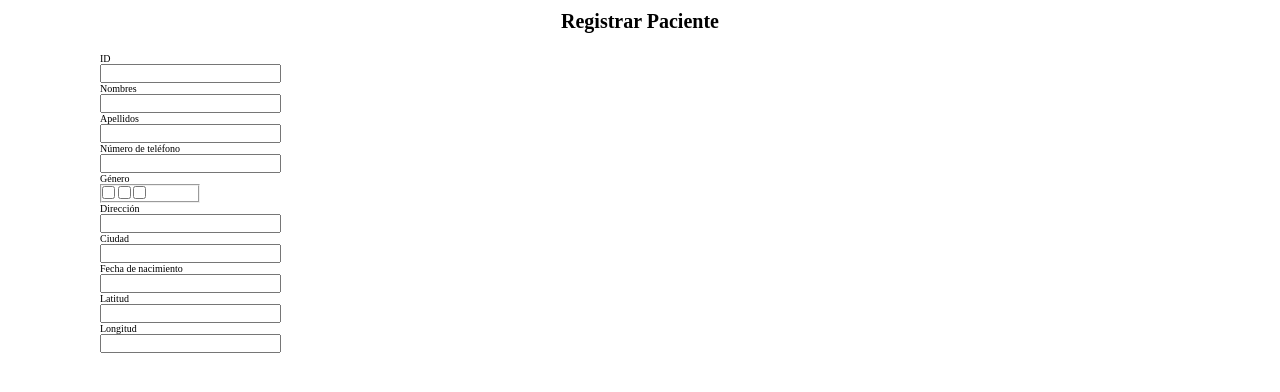
Repository: alexvl06/HospiEnCasa
Page: HospiEnCasa.App/HospiEnCasa.App.Frontend/pacientForm.html
An editor plug-in stored every save of this project. The page is shown before and after the next save, followed by the edit.
The browser window is 1280 px wide. The pictures show the whole page.

Above is the page before, as saved 2022-07-05 16:43:32.

After the next save:
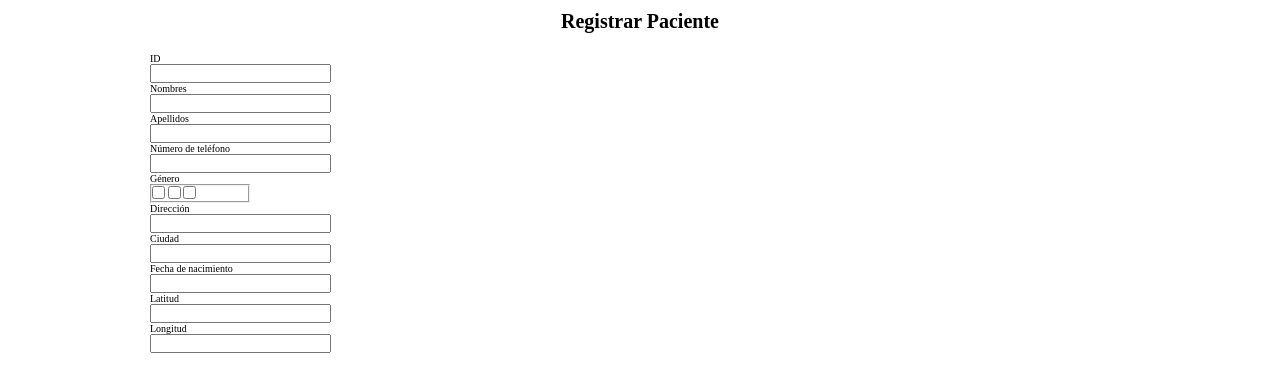
Saved 5 s later.
--- a/HospiEnCasa.App/HospiEnCasa.App.Frontend/style.css
+++ b/HospiEnCasa.App/HospiEnCasa.App.Frontend/style.css
@@ -18,6 +18,6 @@
   display: flex;
   flex-direction: column;
   width: 10rem;
-  margin: 2rem 10rem;
+  margin: 2rem 15rem;
 
 }

After the 2 saves that followed:
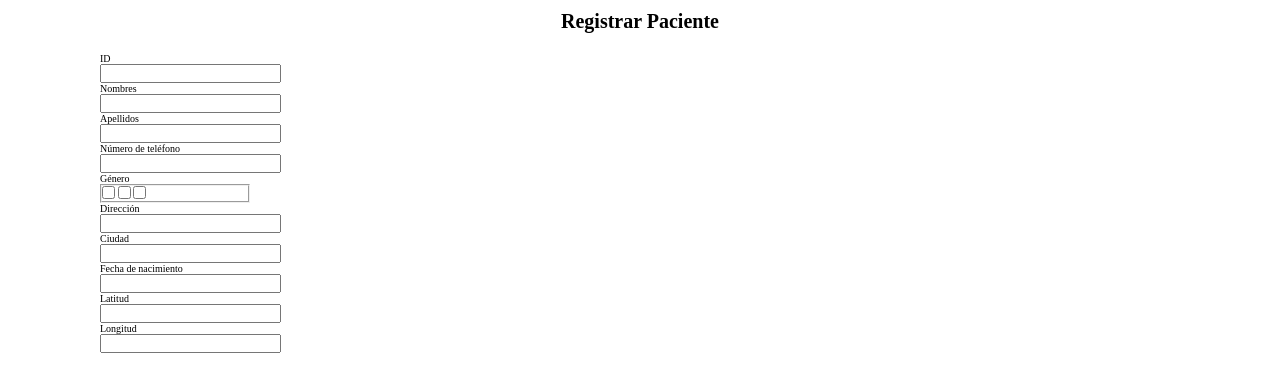
The 2 saves are shown as one change because they came seconds apart.
The last was saved 6 s later.
--- a/HospiEnCasa.App/HospiEnCasa.App.Frontend/style.css
+++ b/HospiEnCasa.App/HospiEnCasa.App.Frontend/style.css
@@ -17,7 +17,7 @@
 form{
   display: flex;
   flex-direction: column;
-  width: 10rem;
-  margin: 2rem 15rem;
+  width: 15rem;
+  margin: 2rem 10rem;
 
 }
